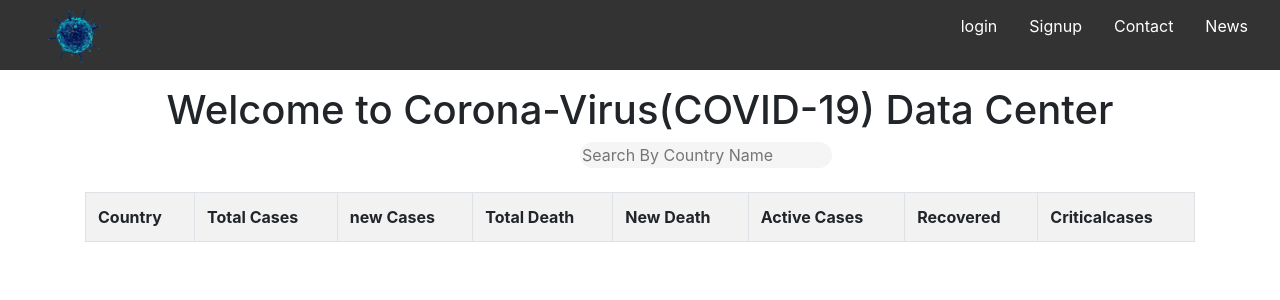
Repository: xthashankar/COVID-19-data-
Page: index.html
The author's editor kept a copy of each file at every save. The page is drawn from the files as they stood at one save, then again after the next save.
The browser window is 1280 px wide. The pictures show the whole page.

Above is the page before, as saved 2020-04-09 16:40:34.

After the next save:
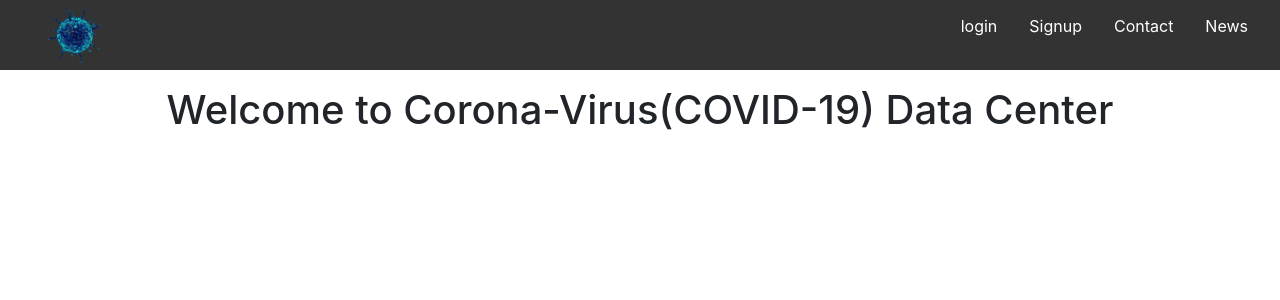
Saved 12 min 46 s later.
--- a/index.html
+++ b/index.html
@@ -22,27 +22,7 @@
     </ul>
 
     <h1>Welcome to Corona-Virus(COVID-19) Data Center</h1>
-    <input type="text" name="filter" id="search" placeholder="Search By Country Name" onkeyup="search()">
-    <div class="container">
 
-        <br>
-        <table class="table table-bordered  table-striped">
-            <thread>
-                <tr>
-                    <th>Country</th>
-                    <th>Total Cases</th>
-                    <th>new Cases</th>
-                    <th>Total Death</th>
-                    <th>New Death</th>
-                    <th>Active Cases</th>
-                    <th>Recovered</th>
-                    <th>Criticalcases</th>
-            </tr>
-            </thread>
-            <tbody  id="coranavirus">
-            </tbody>
-        </table>
-    </div>
 </body>
 <script src="javascript/main.js"></script>
 </html>

After the save that followed:
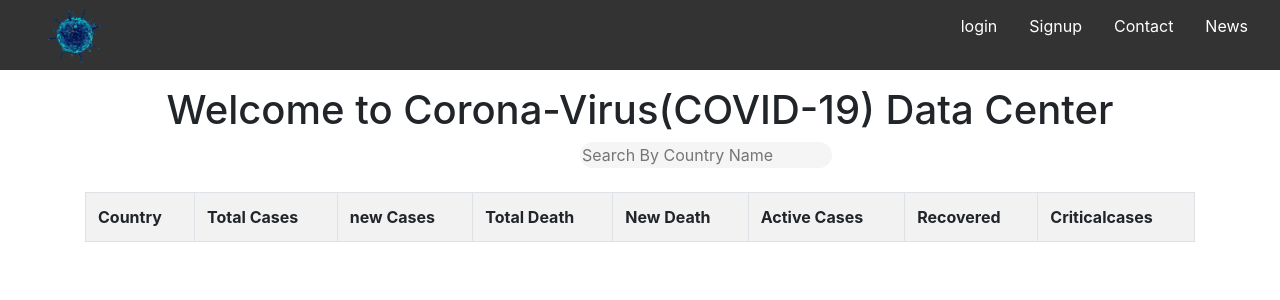
Saved 37 s later.
--- a/index.html
+++ b/index.html
@@ -22,7 +22,27 @@
     </ul>
 
     <h1>Welcome to Corona-Virus(COVID-19) Data Center</h1>
+    <input type="text" name="filter" id="search" placeholder="Search By Country Name" onkeyup="search()">
+    <div class="container">
 
+        <br>
+        <table class="table table-bordered  table-striped">
+            <thread>
+                <tr>
+                    <th>Country</th>
+                    <th>Total Cases</th>
+                    <th>new Cases</th>
+                    <th>Total Death</th>
+                    <th>New Death</th>
+                    <th>Active Cases</th>
+                    <th>Recovered</th>
+                    <th>Criticalcases</th>
+            </tr>
+            </thread>
+            <tbody  id="coranavirus">
+            </tbody>
+        </table>
+    </div>
 </body>
 <script src="javascript/main.js"></script>
 </html>
